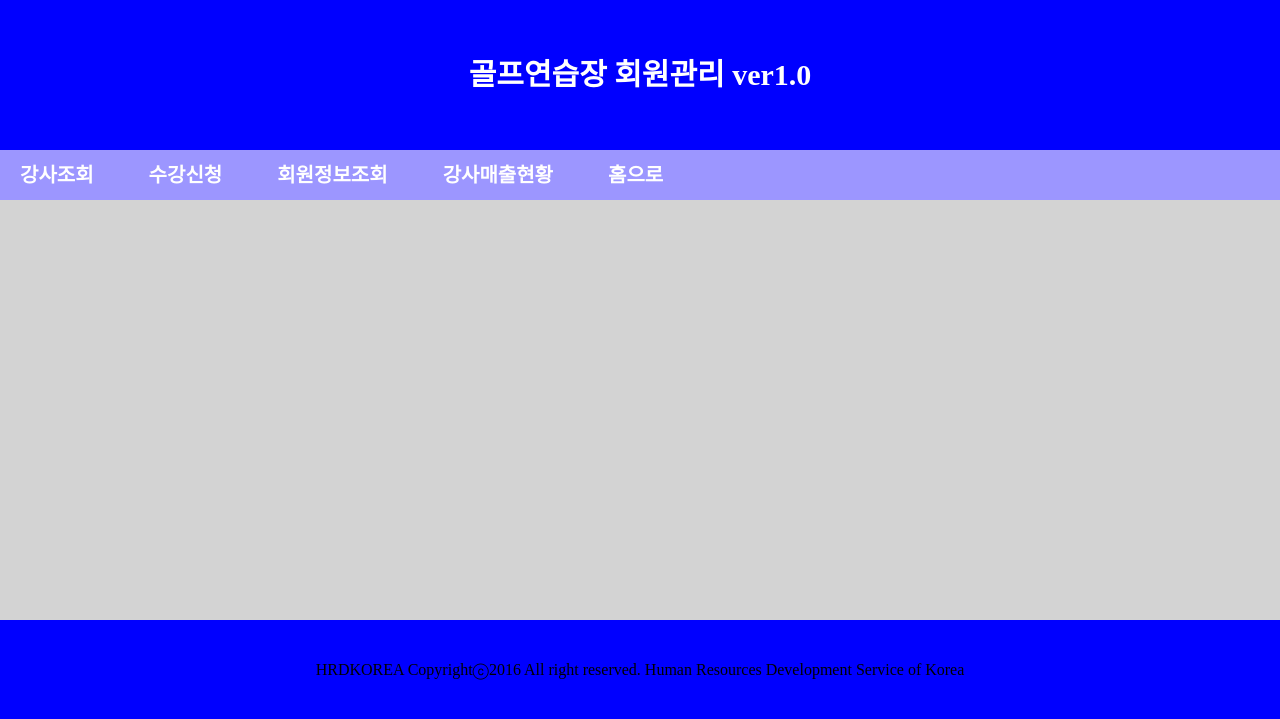
Repository: junhee97/-
Page: http://localhost/HRD_05/
An editor plug-in stored every save of this project. The page is shown before and after the next save, followed by the edit.
The browser window is 1280 px wide. The pictures show the whole page.
The page is served by Tomcat 9.

Above is the page before, as saved 2025-08-19 12:48:41.

### HRD_05/WebContent/index.jsp
<%@ page language="java" contentType="text/html; charset=UTF-8"
    pageEncoding="UTF-8"%>
<!DOCTYPE html PUBLIC "-//W3C//DTD HTML 4.01 Transitional//EN" "http://www.w3.org/TR/html4/loose.dtd">
<html>
<head>
<meta http-equiv="Content-Type" content="text/html; charset=UTF-8">
<title>Insert title here</title>
</head>
<body>

<jsp:include page="header.jsp"></jsp:include>

<section style="position: fixed; top: 200px; left: 0px; width: 100%; height: 100%; background-color: lightgray;">

</section>

<jsp:include page="footer.jsp"></jsp:include>

</body>
</html>

### HRD_05/WebContent/header.jsp
<%@ page language="java" contentType="text/html; charset=UTF-8"
    pageEncoding="UTF-8"%>
<!DOCTYPE html PUBLIC "-//W3C//DTD HTML 4.01 Transitional//EN" "http://www.w3.org/TR/html4/loose.dtd">
<html>
<head>
<meta http-equiv="Content-Type" content="text/html; charset=UTF-8">
<title>Insert title here</title>

<style>
a {
	text-decoration: none;
	color: white;
}
</style>

</head>
<body>

<header style="position: fixed; top: 0px; left: 0px; width: 100%; height: 150px; line-height: 150px; text-align: center; color: white; background-color: blue; font-size: 30px; font-weight: 600;">
	골프연습장 회원관리 ver1.0
</header>

<nav style="position: fixed; top: 150px; left: 0px; width: 100%; height: 50px; line-height: 50px; padding-left: 20px; background-color: #9C96FF; font-size: 20px; font-weight: 600;">
	<a href="">강사조회</a> &nbsp; &nbsp; &nbsp; &nbsp; &nbsp;
	<a href="">수강신청</a> &nbsp; &nbsp; &nbsp; &nbsp; &nbsp;
	<a href="">회원정보조회</a> &nbsp; &nbsp; &nbsp; &nbsp; &nbsp;
	<a href="">강사매출현황</a> &nbsp; &nbsp; &nbsp; &nbsp; &nbsp;
	<a href="index.jsp">홈으로</a> &nbsp; &nbsp; &nbsp; &nbsp; &nbsp;
</nav>

</body>
</html>

### HRD_05/WebContent/footer.jsp
<%@ page language="java" contentType="text/html; charset=UTF-8"
    pageEncoding="UTF-8"%>
<!DOCTYPE html PUBLIC "-//W3C//DTD HTML 4.01 Transitional//EN" "http://www.w3.org/TR/html4/loose.dtd">
<html>
<head>
<meta http-equiv="Content-Type" content="text/html; charset=UTF-8">
<title>Insert title here</title>
</head>
<body>

<footer style="position: fixed; bottom: 0px; left: 0px; height: 100px; line-height: 100px; width: 100%; text-align: center; background-color: blue;">
	HRDKOREA Copyrightⓒ2016 All right reserved. Human Resources Development Service of Korea
</footer>

</body>
</html>

After the next save:
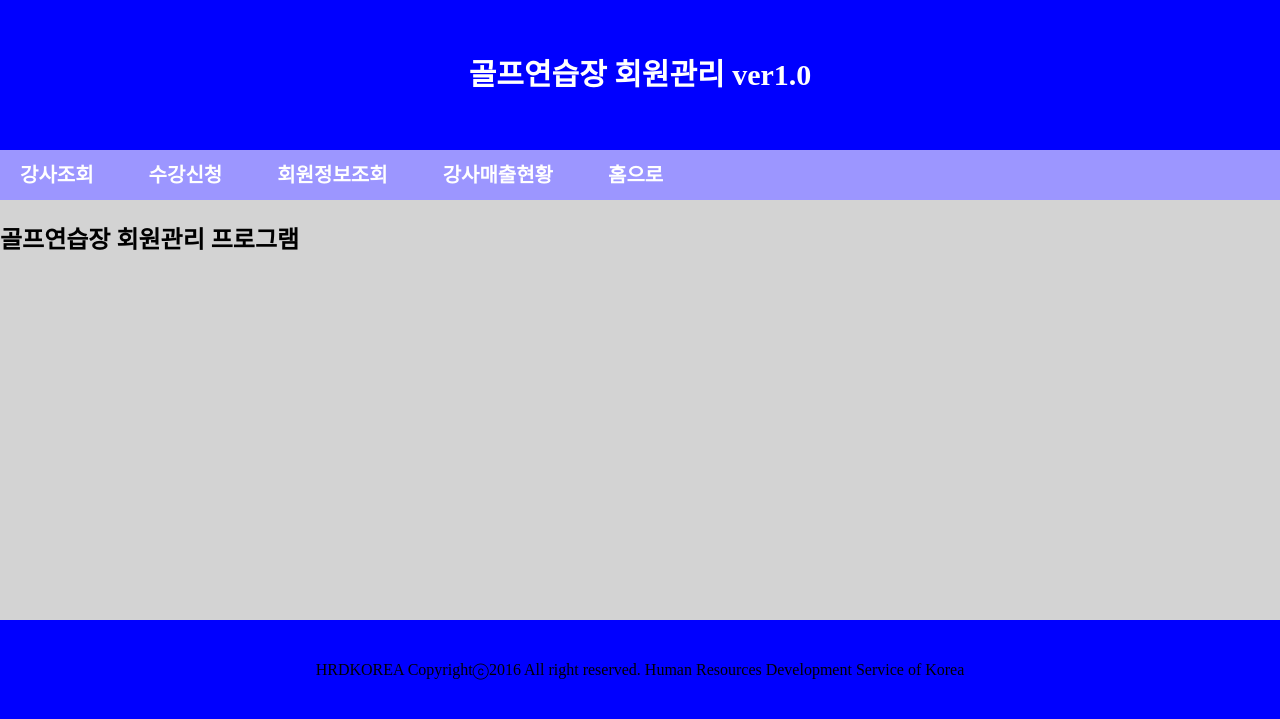
Saved 23 s later.
--- a/HRD_05/WebContent/index.jsp
+++ b/HRD_05/WebContent/index.jsp
@@ -11,6 +11,7 @@
 <jsp:include page="header.jsp"></jsp:include>
 
 <section style="position: fixed; top: 200px; left: 0px; width: 100%; height: 100%; background-color: lightgray;">
+<h2>골프연습장 회원관리 프로그램</h2>
 
 </section>
 
